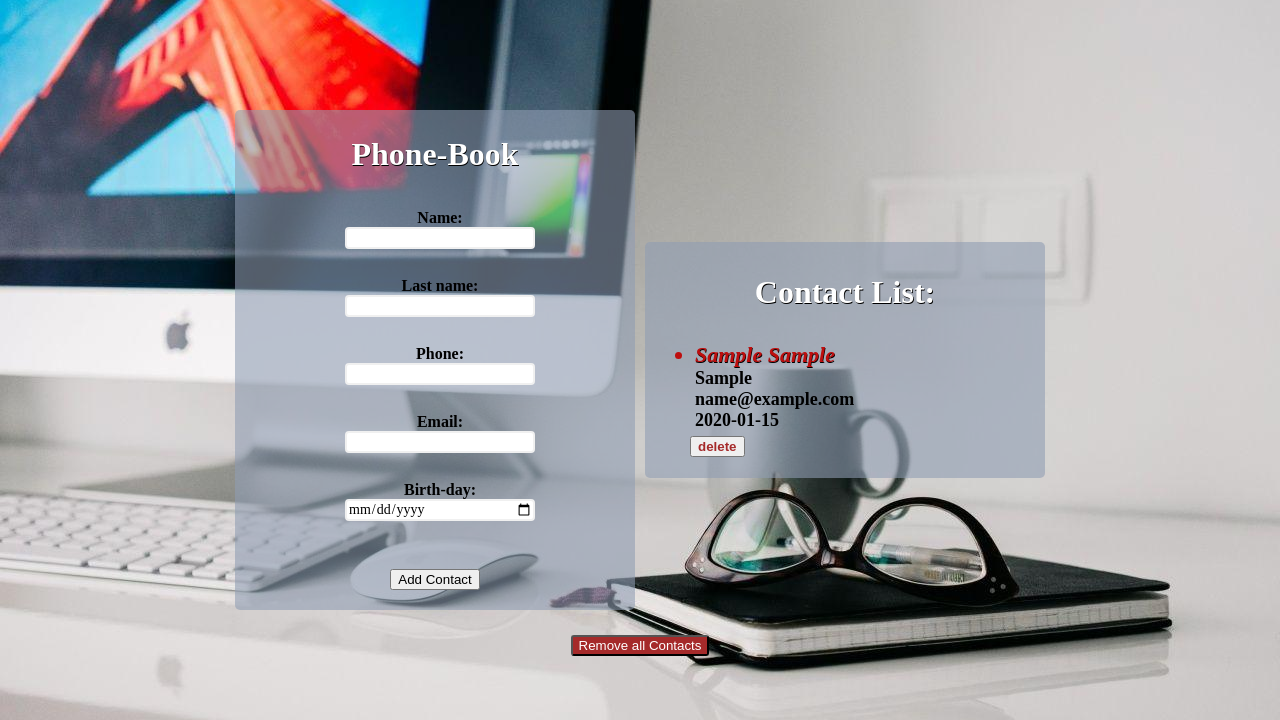
Repository: STA1357/Phone-book
Page: Inner.html
These files come from the project's save history. The page is drawn as it stood at one moment and after the next save; the edit follows.
The browser window is 1280 px wide. The pictures show the whole page.
Empty fields were first filled with sample values (such as "Sample", 5 or name@example.com).
After loading, the first visible `#form` was submitted once.

Above is the page before, as saved 2020-12-12 11:15:53.

### Inner.html
<!DOCTYPE html>
<html lang="en">
<head>
    <meta charset="UTF-8">
    <meta name="viewport" content="width=device-width, initial-scale=1.0">
    <title>Phone Book</title>
    <link rel="stylesheet" href="./styles.css">
    <script src="./app.js"></script>
</head>
<body>
    <form action="#" method="POST" id="form" class="form">

        <header>
            <div class="header-title">
                <h1>Phone-Book</h1>
            </div>
        </header>

        <main>
            <div class="container">

                <div class="form-control">
                <label for="name">Name:</label>
                <input type="text" id="nameInput">
                <small>Error message</small>
                </div>

                <div class="form-control">
                <label for="lname">Last name:</label>
                <input type="text" id="lnameInput">
                <small>Error message</small>
                </div>

                <div class="form-control">
                <label for="tel">Phone:</label>
                <input type="text" id="telInput" class="tellinput">
                <small>Error message</small>
                </div>


                <div class="form-control">
                <label for="email">Email:</label>
                <input type="email" id="emailInput">
                <small>Error message</small>
                </div>


                <div class="form-control">
                <label for="birthname">Birth-day:</label>
                <input type="date" id="birthInput">
                <small>Error message</small>
                </div>

            </div>

        </main>

        <div class="btn">
        <button type="submit" id="btnAdd">Add Contact</button>
    </div>
    </form>
<div class="list-container">
    <h2 class="listTitle">Contact List:</h2>
    <ul id="contactsCount"></ul>
    <ul id="users"></ul>
</div>

<div class="clearBook">
    <button id="clearBookBtn" class="clearBookBtn" onclick="removeAll()">Remove all Contacts</button>
</div>

</body>
</html>

### styles.css
*{
    box-sizing: border-box;

}

body{
    display: flex;
    flex-direction: row;
    align-items: center;
    justify-content: center;
    min-height: 100vh;
    margin: 0;
    background: url("./wp3990421-office-wallpapers.jpg") no-repeat fixed center center;
    background-size: cover;
}

.header-title{
    color: white;
    text-shadow: 0.5px 0.5px black;
}

form{

    background-color: rgba(144, 156, 179, 0.589);
    width: 400px;
    max-width: 100%;
    margin-right: 10px;
    text-align: center;
    border-radius: 5px;
    position: relative;
}

main{
    margin-left: 25%;
}

.container{
    text-align: center;
    display: block;
    width: 70%;
}

.list-container{
    background-color: rgba(144, 156, 179, 0.589);
    width: 400px;
    max-width: 100%;
    page-break-after: 30px 40px;
    border-radius: 5px;
}

.listTitle{
    color: white;
    text-shadow: 0.7px 0.7px black;
    font-size: 32px;
}

.titleLi{
    color: rgb(190, 14, 14);
    text-shadow: 0.5px 0.5px black;
    font-size: 22px;
}

.infoList{
    color: black;
    font-size: 18px;
}

h2{
    text-align: center;
}

label{
    font-weight: bold;
}

.form-control input {
	border: 2px solid #f0f0f0;
	border-radius: 4px;
	display: block;
	font-family: inherit;
	font-size: 14px;

	width: 100%;
}








.btn{
    padding: 20px 0;
}


.selected{
    background-color: skyblue;
    color: black;
    text-shadow: 0.5px 0.5px grey;
}

.deleteBtn::before{
    color: brown;
    content: "delete";
    font-weight: bold;
}

.deleteAll::before{
    color: brown;
    content: "delete";
}

div{
    padding: 5px;
}

li{
    font-weight: bold;
    font-style: italic;
}

.clearBook{
    display: block;
    position: fixed;

}

.clearBookBtn{
    margin-top: 570px;
    background-color: brown;
    color: white;
    border-radius: 3px;
}

.form-control.success input{
    border-color: rgb(18, 206, 18);
}

.form-control.error input{
    border-color: rgb(224, 68, 68);
}


.form-control small {
	color: rgb(224, 68, 68);
	bottom: 0;
	left: 0;
	visibility: hidden;
}

.form-control.error small{
    visibility: visible;
}

### app.js


window.onload = function() {
    const localKey = 'contactsCollection';
    const form = document.querySelector('form');
    const list = document.getElementById('users');
    const userName = document.getElementById('nameInput');
    const userLname = document.getElementById('lnameInput');
    const userTel = document.getElementById('telInput');
    const userEmail = document.getElementById('emailInput');
    const userBirth = document.getElementById('birthInput');

    //validation
    /*form.addEventListener('submit', e => {
        e.preventDefault();

        checkInputs();
    })*/

    function checkInputs() {
        const userNameValue = userName.value.trim();
        const userLnameValue = userLname.value.trim();
        const userTelValue = userTel.value.trim();
        const userEmailValue = userEmail.value.trim();
        const userBirthValue = userBirth.value.trim();



    if(userNameValue === ''){
        setErrorFor (userName, 'Can not skip user name')
    } else {
        setSuccessFor (userName);
    }
    if(userLnameValue === ''){
        setErrorFor (userLname, 'Can not skip user last-name')
    } else {
        setSuccessFor (userLname);
    }
    if(userTelValue === ''){
        setErrorFor (userTel, 'Can not skip user phone')
    } else {
        setSuccessFor (userTel);
    }
    if(userEmailValue === ''){
        setErrorFor (userEmail, 'Can not skip email')
    } else {
        setSuccessFor (userEmail);
    }
    if(userBirthValue === ''){
        setErrorFor (userBirth, 'Can not skip user birthday')
    } else {
        setSuccessFor (userBirth);
    }

    function setErrorFor (input, message) {
        const formControl = input.parentElement;
        const small = formControl.querySelector('small');
        formControl.className = 'form-control error';
        small.innerText = message;
        }

        function setSuccessFor (input) {
        const formControl = input.parentElement;
        formControl.className = 'form-control success';
        }
    }


    let contactsList = getContacts();
    let activeContact = null;

    generateContactList();



    function getContacts() {
        const res = localStorage.getItem(localKey);
        return res ? JSON.parse(res) : [];
    }

    function setToStorage(data) {
        localStorage.setItem(localKey, data);
    }

    function updateContactList(newList) {
        const string = JSON.stringify(newList);
        contactsList = newList;
        setToStorage(string);
        generateContactList();
    }

    function recordContact(newContact) {
        updateContactList([...contactsList, newContact])
    }

    function updateContact(newData) {
        contactsList = contactsList.map(contact => contact.id === newData.id ? newData : contact);
        updateContactList(contactsList);
    }

    function deleteContact(removeId) {
        contactsList = contactsList.filter(({ id }) => id !== removeId);
        updateContactList(contactsList);
    }

    function setActiveContact(id) {
        const contact = document.getElementById(`contact-${id}`);
        contact.classList.toggle('active');
    }

    function generateContactList() {
        console.log(contactsList);
        const fragment = document.createDocumentFragment();
        contactsList.forEach((contact) => {
            const { id, name, lastName, phone, mail, birthDay } = contact;
            const container = document.createElement('div');

            container.onclick = () => setActiveContact(id);
            container.id = `contact-${id}`;
            const title = document.createElement('li');
            title.className = 'titleLi'
            title.innerText = `${name} ${lastName}`;

            const infoList = document.createElement('b');
            infoList.className = 'infoList'
            infoList.innerText = `${phone}
            ${mail}
            ${birthDay}`;
            // phonesList.innerText = phones.join(' ');
            container.appendChild(title);
            container.appendChild(infoList);
            fragment.appendChild(container);

            const deleteBtn = document.createElement('button');
            deleteBtn.className = 'deleteBtn'
            fragment.appendChild(deleteBtn);
            deleteBtn.addEventListener('mousedown', function (e) {
                e.preventDefault();
            })

            deleteBtn.addEventListener('click', function (e) {
                console.log(e);
                container.removeChild(title);
                container.removeChild(infoList);
                deleteBtn.style.display = 'none';

            })
            document.getElementById('nameInput').value = "";
            document.getElementById('lnameInput').value = "";
            document.getElementById('telInput').value = "";
            document.getElementById('emailInput').value = "";
            document.getElementById('birthInput').value = "";

            //const btn = document.createElement('button');
            //btn.onclick = () => !deleteContact(removeId);
            //btn.appendChild(container)
            //window.localStorage.clear();

            container.addEventListener('mousedown', function (e) {
                e.preventDefault();
            })

            container.addEventListener('click', function (e) {
                console.log(e);


                if (e.target == this) {
                    return false;

                }
                if (!e.ctrlKey) {
                    clearSelected(this.children);
                }
                addSelected(e.target);
            })

            function clearSelected(elems) {
                for (let elem of elems) {
                    elem.classList.remove('selected');
                }
            }

            function addSelected(target) {
                target.classList.add('selected');
            }
        });


        list.innerHTML = '';
        list.appendChild(fragment);


    }

    function getId() {
        return '_' + Math.random().toString(36).substr(2, 9);
    };

    form.onsubmit = (event) => {
        event.preventDefault();
        const contact = {
            id: getId(),
            name: userName.value,
            lastName: userLname.value,
            phone: userTel.value,
            mail: userEmail.value,
            birthDay: userBirth.value
        }
        recordContact(contact);
        console.log(contact);
    }



}

function removeAll(){
    if(window.confirm("This action will remove all contacts. Are you sure?")){
        window.localStorage.clear();
        document.location.reload();
    }
}


function newFunction() {
    return document.getElementById('contactsCount');
}
//function move_up() {
//document.getElementById('list-container').scrollTop += 10;
//}

//function move_down() {
//document.getElementById('list-container').scrollTop -= 10;
//}

// const form = document.querySelector('form')
// const list = document.getElementById('users')
// const userName = document.getElementById('nameInput')
// const userLname = document.getElementById('lnameInput')
// const userTel = document.getElementById('telInput')
// const userEmail = document.getElementById('emailInput')
// const userBirth = document.getElementById('birthInput')
// const entry = document.createElement('li')


// function addUser() {
//     const list = document.getElementById('users')
//     const userName = document.getElementById('nameInput')
//     const userLname = document.getElementById('lnameInput')
//     const userTel = document.getElementById('telInput')
//     const userEmail = document.getElementById('emailInput')
//     const userBirth = document.getElementById('birthInput')
//     const entry = document.createElement('li')
//     entry.appendChild(document.createTextNode(userName.value + ' ' + userLname.value + ' '
//     + userTel.value + ' ' + userEmail.value + ' ' + userBirth.value))
//     list.appendChild(entry)
//     return false

// }

// let bookContacts = [];

// const addContacts = (ev) => {
//     ev.preventDefault();
//     let contact = {
//         name: document.getElementById('nameInput').value,
//         lname: userLname.value,
//         tel: userTel.value,
//         email: userEmail.value,
//         birthday: userBirth.value
//     }
//     bookContacts.push(contact);
//     document.forms[0].reset();
// }
// document.addEventListener('DomContentLoad', () =>{
//     document.getElementById('btnAdd').addEventListener('click',addContacts)
// })
// console.log(bookContacts);




/*class Person{
    constructor(options){
        this.name = options.name
        this.lname = options.lname
        this.tel = options.tel
        this.email = options.email
        this.birthday = options.birthday
    }
}

class User extends Person{
    static type = "User"
}

const user = new User({
    name: "",
    lname: "",
    tel: "",
    email:"",
    birthday:""
})


localStorage.setItem('userInfo', JSON.stringify(user));




const raw = localStorage.getItem('userInfo')
const userInfo = JSON.parse(raw)
userInfo.name = 'Maxim'

console.log(userInfo);*/

After the next save:
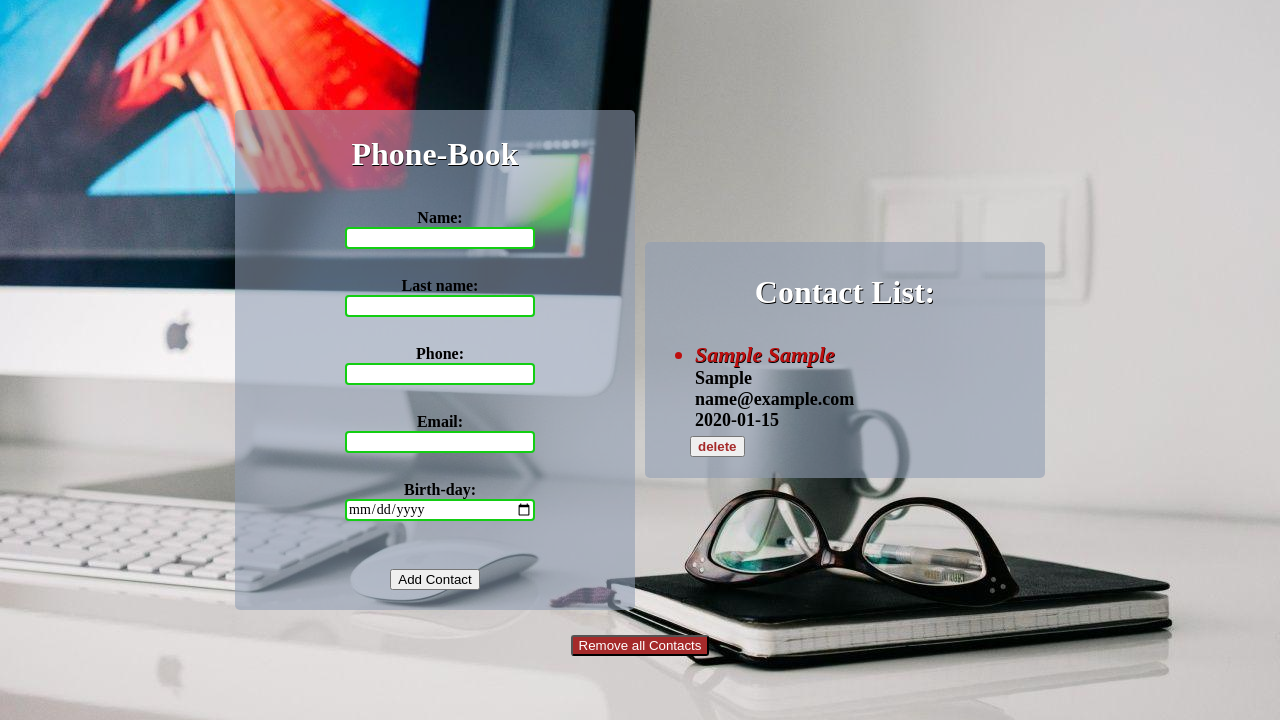
Saved 5 s later.
--- a/app.js
+++ b/app.js
@@ -206,6 +206,7 @@ window.onload = function() {
             mail: userEmail.value,
             birthDay: userBirth.value
         }
+        checkInputs();
         recordContact(contact);
         console.log(contact);
     }
